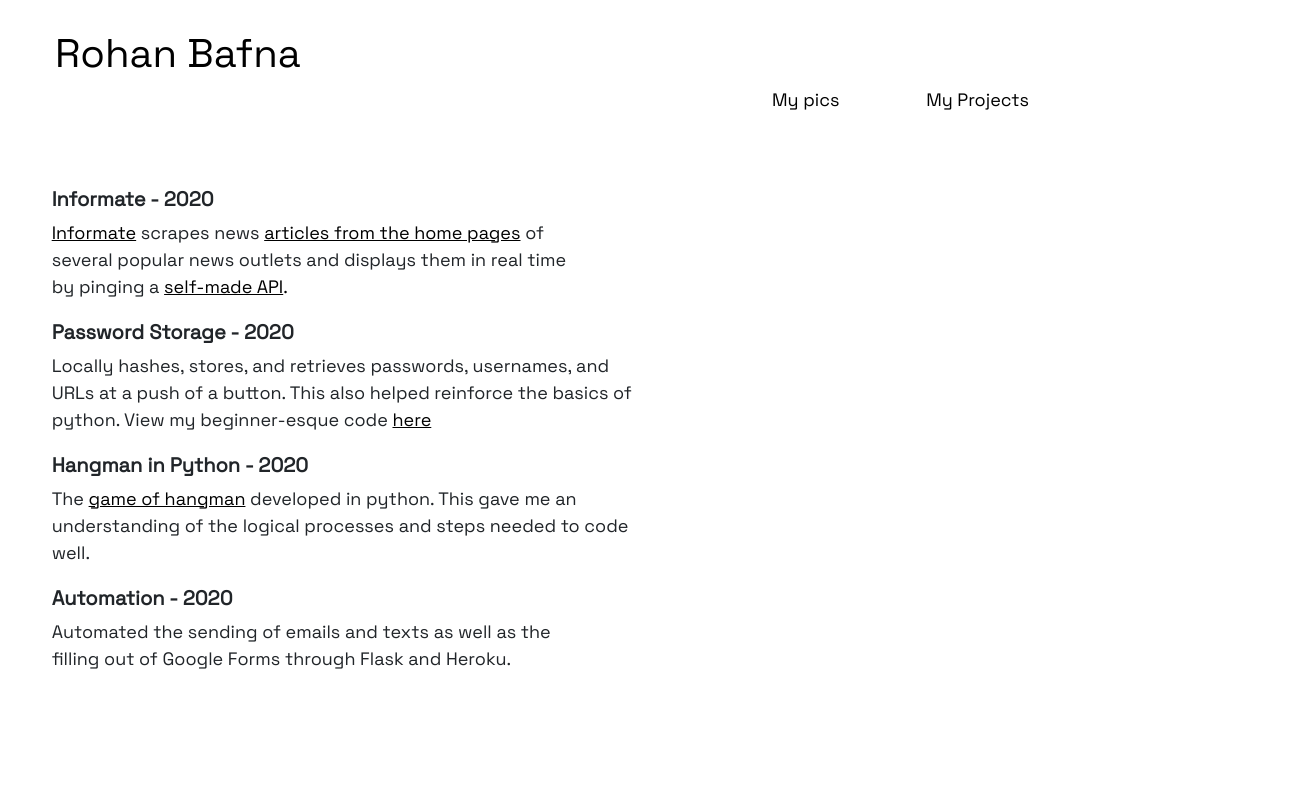
Repository: rbafna6507/rbafna6507.github.io
Page: actualprojects.html
An editor plug-in stored every save of this project. The page is shown before and after the next save, followed by the edit.
The browser window is 1280 px wide. The page is 1310 px wide, so the pictures cover 1310 px, including what lies to the right of the window. The pictures show the whole page.

Above is the page before, as saved 2020-12-20 20:55:09.

After the next save:
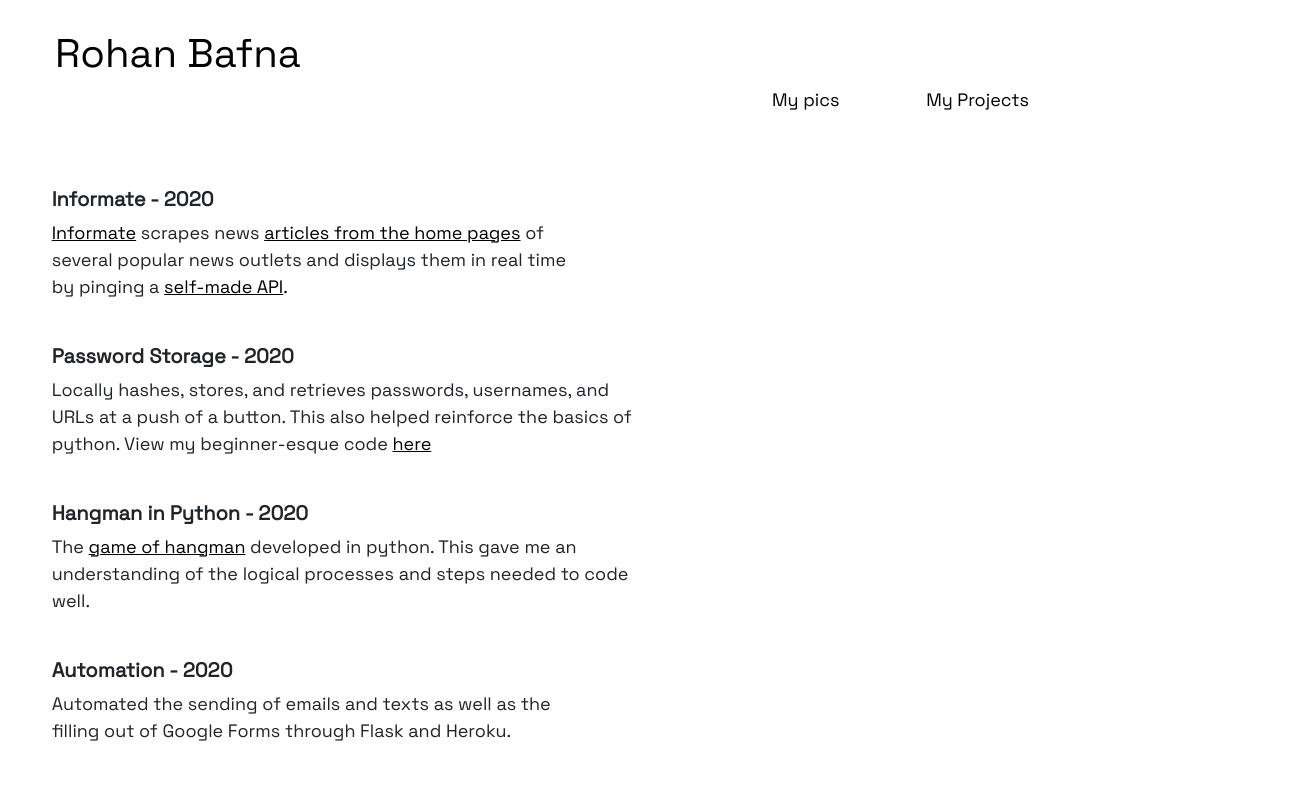
Saved 10 s later.
--- a/actualprojects.html
+++ b/actualprojects.html
@@ -31,17 +31,17 @@
                 <h5><strong>Informate - 2020</strong></h5>
                 <p style="font-size: 18px;"><a href = "https://newsaggregator-frontend.vercel.app"><u>Informate</u></a> scrapes news <a href = "https://github.com/rbafna6507/newsaggregator_scraper"><u>articles from the home pages</u></a> of <br>several popular news outlets and displays them in real time <br>by pinging a <a href = "https://github.com/rbafna6507/newsaggregator_backend"><u>self-made API</u>.</a></p>
             </div>
-            <br>
+            <br><br>
             <div id = "password" class = "small" onmouseover="document.getElementById('password_img').style.visibility = 'visible';" onmouseout = "document.getElementById('password_img').style.visibility = 'hidden';">
                 <h5><strong>Password Storage - 2020</strong></h5>
                 <p style="font-size: 18px;">Locally hashes, stores, and retrieves passwords, usernames, and <br>URLs at a push of a button. This also helped reinforce the basics of<br>python. View my beginner-esque code <a href = "https://github.com/rbafna6507/passwordstorageproject"><u>here</u></a></p>
             </div>
-            <br>
+            <br><br>
             <div id = "hangman" class = "small" onmouseover="document.getElementById('hangman_img').style.visibility = 'visible';" onmouseout = "document.getElementById('hangman_img').style.visibility = 'hidden';">
                 <h5><strong>Hangman in Python - 2020</strong></h5>
                 <p style="font-size: 18px;">The <a href = "https://github.com/rbafna6507/hangmanpython"><u>game of hangman</u></a> developed in python. This gave me an <br>understanding of the logical processes and steps needed to code <br>well.</p>
             </div>
-            <br>
+            <br><br>
             <div id = "automation" class = "small">
                 <h5><strong>Automation - 2020</strong></h5>
                 <p style="font-size: 18px;">Automated the sending of emails and texts as well as the <br>filling out of Google Forms through Flask and Heroku.</p>
